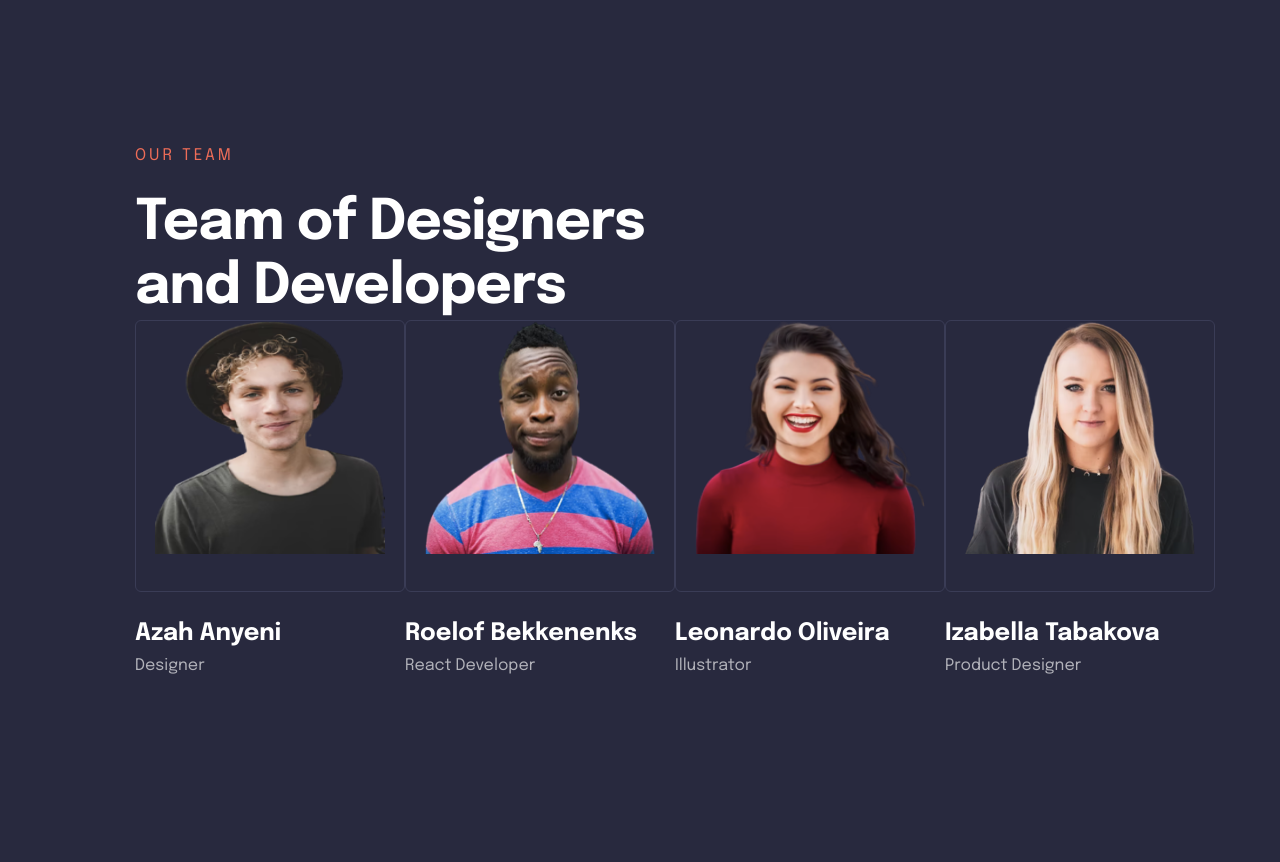
Repository: FaridRustamov09/task13
Page: index.html
These files come from the project's save history. The page is drawn as it stood at one moment and after a run of saves; the edit follows.
The browser window is 1280 px wide. The pictures show the whole page.

Above is the page before, as saved 2023-11-27 19:04:44.

After the next 2 saves:
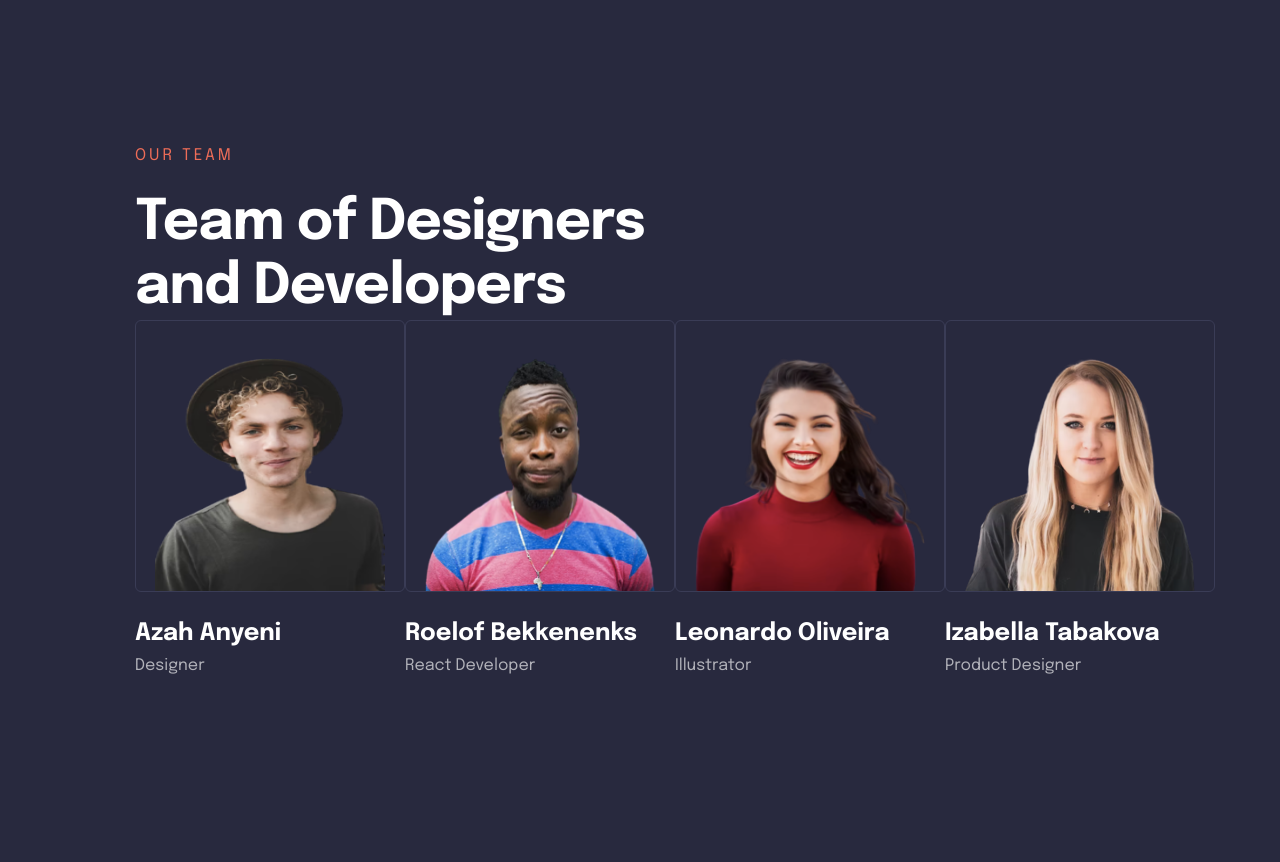
The 2 saves are shown as one change because they came seconds apart.
The last was saved 5 s later.
--- a/index.css
+++ b/index.css
@@ -47,6 +47,7 @@ height: 272px;
   border: 1px solid #3a3c56;
   display: flex;
   justify-content: center;
+  align-items: end;
 }
 img:first-child{
   width: 196px;
